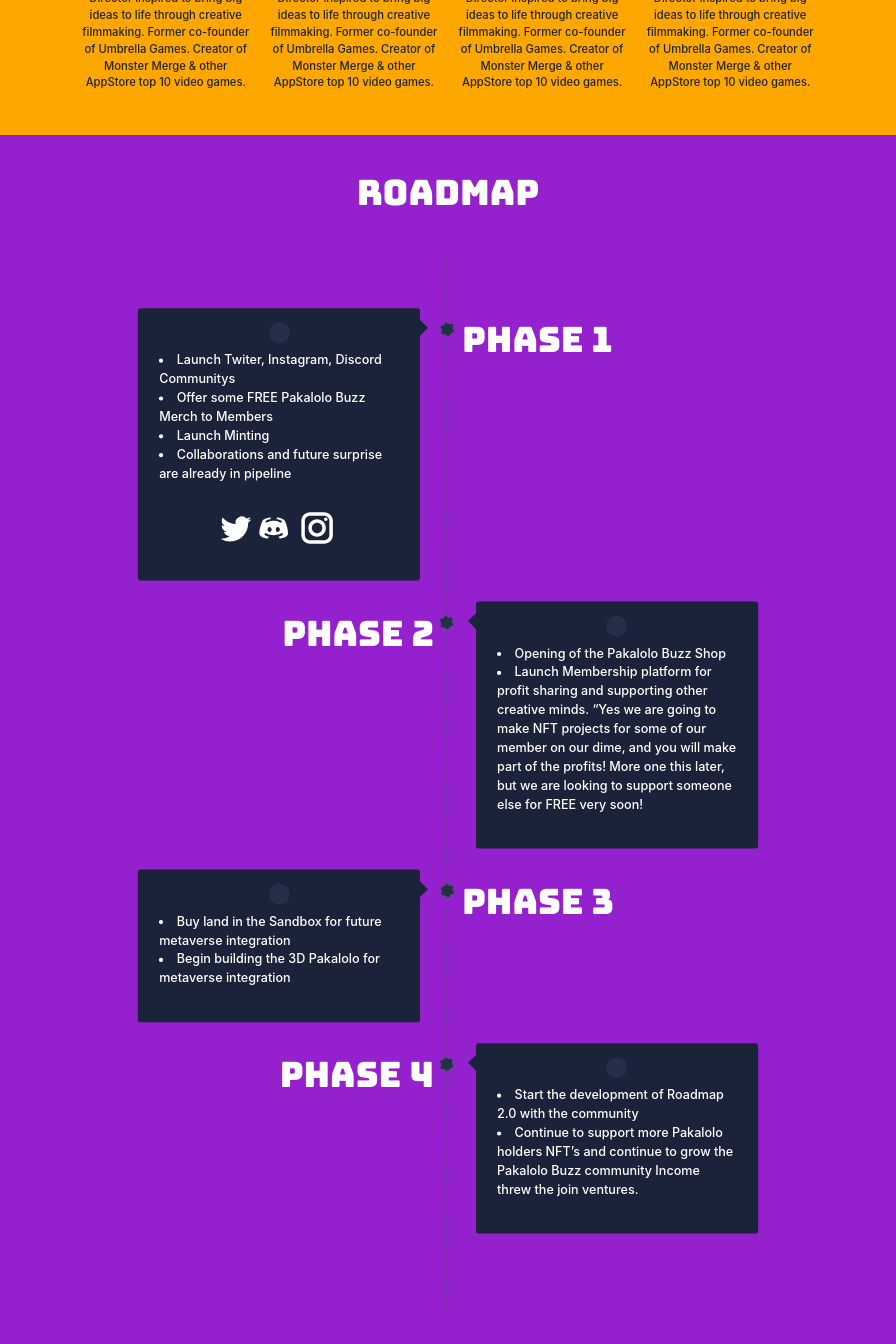
Repository: danishmahmoodawan/Pakalolo_buzz
Page: /
The author's editor kept a copy of each file at every save. The page is drawn from the files as they stood at one save, then again after the next save.
The browser window is 1280 px wide. The pictures show the part of the page from y = 2675 to 4595 px (the page is 5707 px tall before and 5731 px after), at 70% of full size.
The project was rebuilt for these pictures with package versions that can differ from the ones it lists, and the page was loaded fresh each time. Also part of the build but not shown: craco.config.js.

Above is the page before, as saved 2022-04-29 02:39:09.

After the next save:
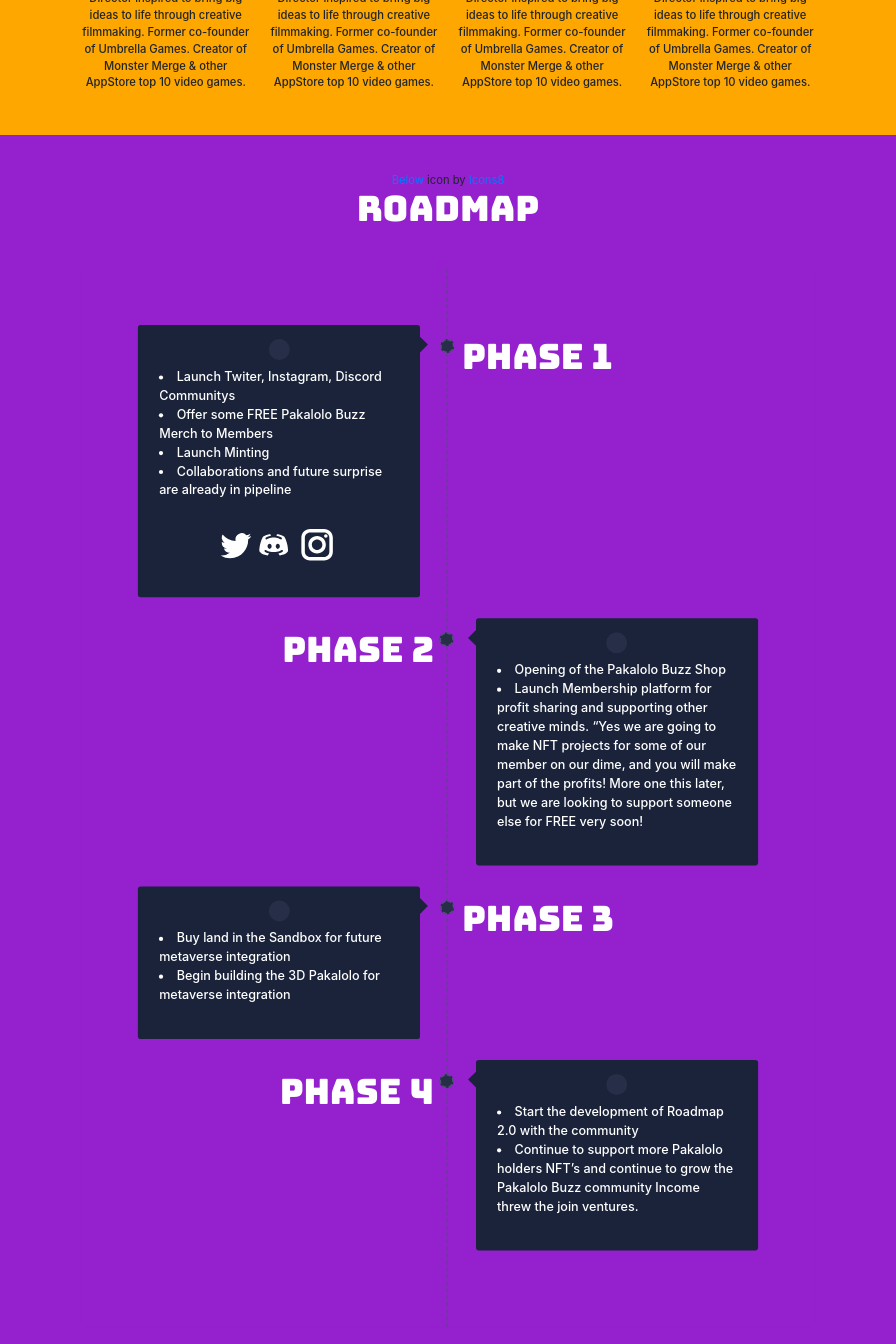
Saved 8 min 31 s later.
--- a/src/pages/Home.js
+++ b/src/pages/Home.js
@@ -176,6 +176,7 @@
   <div class="container-fluid">
   <div class="row team_row text-center">
         <div class="col-12">
+        <a target="_blank" href="https://icons8.com/icon/114103/below">Below</a> icon by <a target="_blank" href="https://icons8.com">Icons8</a>
         <h1 class="heading_h1 pb-5">ROADMAP</h1></div>
         </div>
 <div class="timeline">

After the save that followed:
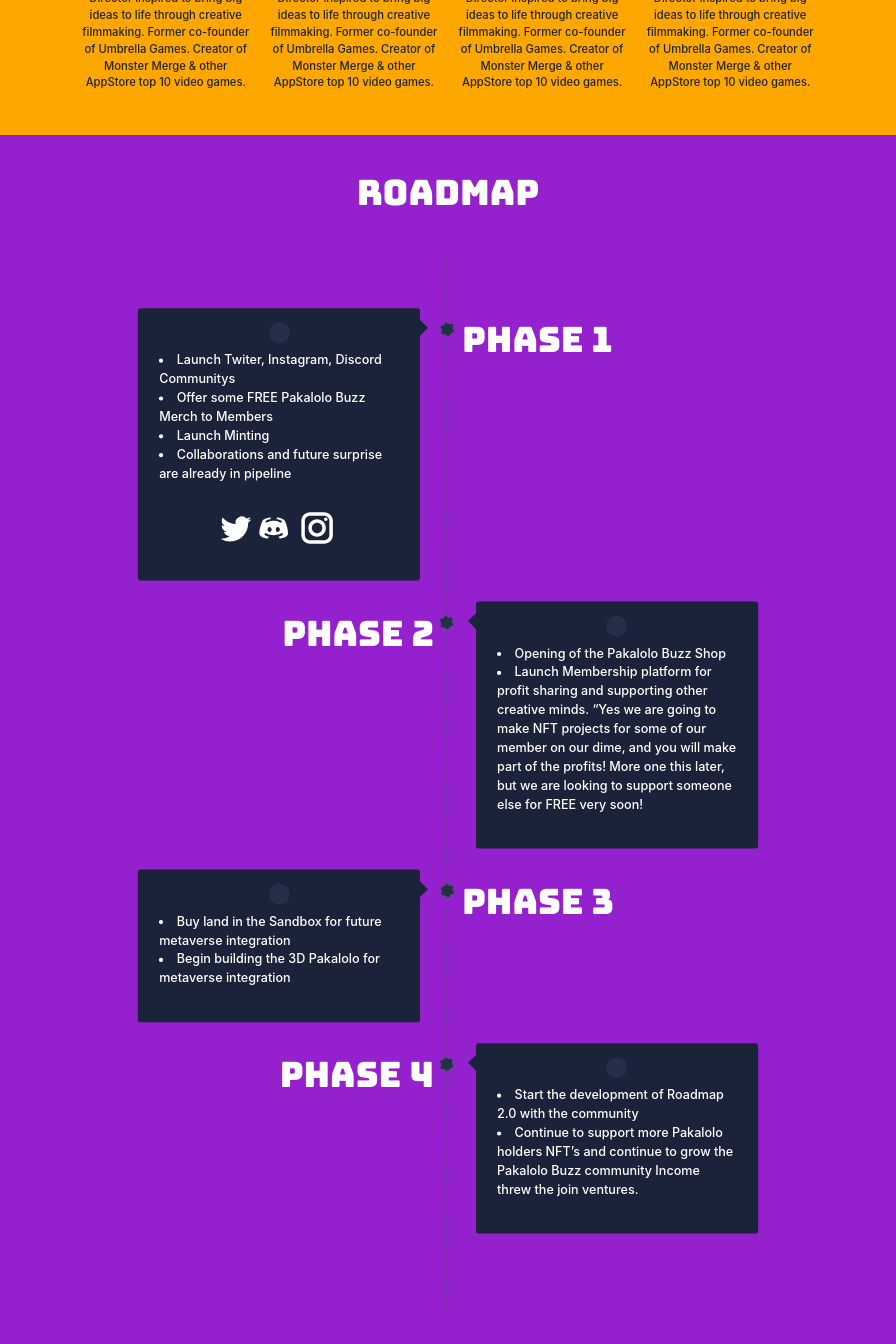
Saved 12 s later.
--- a/src/pages/Home.js
+++ b/src/pages/Home.js
@@ -176,7 +176,7 @@
   <div class="container-fluid">
   <div class="row team_row text-center">
         <div class="col-12">
-        <a target="_blank" href="https://icons8.com/icon/114103/below">Below</a> icon by <a target="_blank" href="https://icons8.com">Icons8</a>
+
         <h1 class="heading_h1 pb-5">ROADMAP</h1></div>
         </div>
 <div class="timeline">
